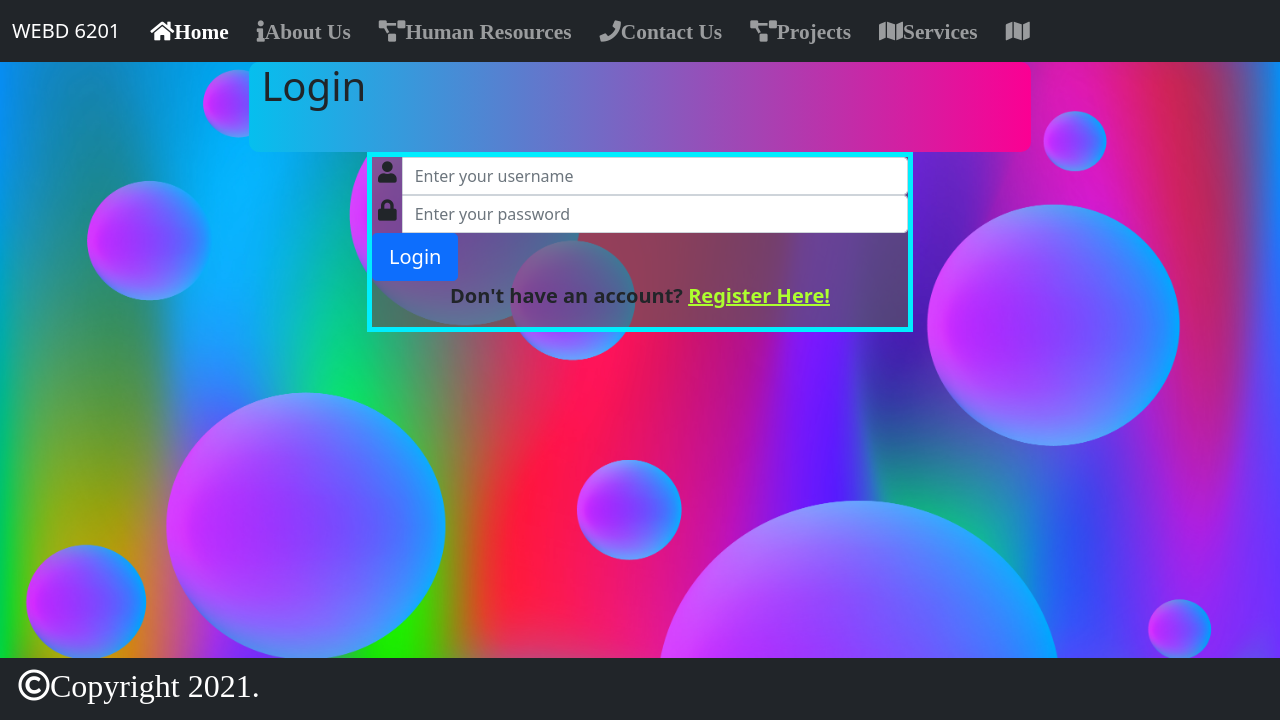
Repository: vans12345678/WEBD6201-W2021-Lab2
Page: login.html
The author's editor kept a copy of each file at every save. The page is drawn from the files as they stood at one save, then again after the next save.
The browser window is 1280 px wide. The pictures show the whole page.

Above is the page before, as saved 2021-02-24 19:08:26.

### login.html
<!DOCTYPE html>
<html lang="en">
<head>
    <meta charset="UTF-8">
    <meta name="viewport" content="width=device-width, initial-scale=1.0">
    <title>Login</title>
    <!-- CSS Section -->
    <link rel="stylesheet" href="./node_modules/bootstrap/dist/css/bootstrap.min.css">
    <link rel="stylesheet" href="./node_modules/@fortawesome/fontawesome-free/css/all.min.css">
    <link rel="stylesheet" href="./Content/app.css">
</head>
<body class ="Vapor">
    <!-- Main Header -->
    <header>
        <!-- Main Navigation -->
        <nav class="navbar navbar-expand-lg navbar-dark bg-dark">
            <div class="container-fluid">
                <a id ="navHome" class="navbar-brand" href="index.html"></a>
                <button class="navbar-toggler" type="button" data-bs-toggle="collapse" data-bs-target="#navbarSupportedContent" aria-controls="navbarSupportedContent" aria-expanded="false" aria-label="Toggle navigation">
                  <span class="navbar-toggler-icon"></span>
                </button>
                <div class="collapse navbar-collapse" id="navbarSupportedContent">
                  <ul id = "ulNav" class="navbar-nav me-auto mb-2 mb-lg-0">
                    <li class="nav-item">
                      <a  class="nav-link active" aria-current="page" href="index.html"><i id ="navIndex"class = "fas fa-home fa-lg"></i></a>
                    </li>
                    <li class="nav-item" id ="navAbout">
                      <a  class="nav-link " aria-current="page" href="about.html"><i id ="navAboutItem"class = "fas fa-info fa-lg"></i></a>
                    </li>
                    <li class="nav-item">
                      <a  class="nav-link " aria-current="page" href="contact.html"><i id ="navContact"class = "fas fa-phone fa-lg"></i></a>
                    </li>
                    <li class="nav-item">
                      <a  class="nav-link" aria-current="page" href="projects.html"><i id ="navProjects" class ="fas fa-project-diagram fa-lg">Products</i></a>
                    </li>
                    <li class="nav-item">
                      <a  class="nav-link " aria-current="page" href="services.html"><i id ="navServices"class = "fas fa-map fa-lg"></i></a>
                    </li>
                    <li class="nav-item">
                      <a  class="nav-link " aria-current="page" href="login.html"><i id ="navLogin"class = "fas fa-map fa-lg"></i></a>
                    </li>
                  </ul>
                </div>
              </div>
          </nav>
    </header>

    <!-- Main Content -->
    <main class="container" id="mainContent">
        <h1 class = "container">Login</h1>
      <div class="row">
          <div class="offset-md-3 col-md-6 col-sm-12">
                <div class="login" id="contentArea"></div>
                    <div id = "messageArea"></div>
                    <form class = "fromBackground" id="loginForm" novalidate>
                      <div class="form-group">
                        <div class="input-group">
                          <span class="input-group-addon">
                            <i class="fa fa-user fa-lg">
                            </i>
                          </span>
                          <input type="text" class="form-control" id="username" name="username"  required
                          value="" placeholder="Enter your username">
                        </div>
                      </div>
                      <div class="form-group">
                        <div class="input-group">
                          <span class="input-group-addon">
                            <i class="fa fa-lock fa-lg">
                            </i>
                          </span>
                          <input type="password" class="form-control" id="password" name="password"  required
                          value="" placeholder="Enter your password">
                        </div>
                      </div>
                      <div class="text-right">
                        <button id="submitButton" type="submit" class="btn btn-primary btn-lg">Login</button>
                      </div>
                      <p class="text-center fs-5 fw-bold">
                        Don't have an account?
                        <a href="register.html">Register Here!</a>
                    </p>
                    </form>
                </div>

          </div>
      </div>
  </main>

    <!-- Main Footer -->
    <footer>
        <nav class="navbar fixed-bottom navbar-dark bg-dark">
            <div class="container-fluid">
                <h4><i id = "footer" class="far fa-copyright fa-lg site-footer"></i></h4>
            </div>
          </nav>
    </footer>
    <!-- Script Section -->
    <script src="./node_modules/jquery/dist/jquery.min.js"></script>
    <script src="./node_modules/bootstrap/dist/js/bootstrap.bundle.min.js"></script>
    <script src="./Scripts/app.js"></script>
</body>
</html>

### Content/app.css
/* custom css goes here */
.Vapor {
    background-image: url('../images/vapor.jpg');
    background-repeat: no-repeat;
    background-attachment: fixed;
    background-size: 100% 100%;
  }
  a {
    color: greenyellow;
  }
  .textFont
  {
    font-family: Arial, Helvetica, sans-serif;
    line-height: 32px;
  }
  body
  {
    background-color: rgb(90, 90, 90);
  }
  h1.container{
    border-radius: 10px;
    width: 70%;
    height: 90px;
    margin: 0px auto;
    background: linear-gradient(90deg,#06bfee,#fb0093)
  }
  h1.projects{
    background-color: white;
  }
  .contact-table{
    width: 100%;
    margin:  50px auto;
    background-color: white;
  }
  .contact-form
  {
    width: 100%;
    margin:  100px auto;
  }
  .warnMessage
  {
    width: 90%;
    margin:  50px;
  }
  .site-footer {
    color:white;
  }
  .formMargin
  {
    margin: 35px 70px;
  }
  .fromBackground
  {
    background-color: #5a5a5aa1;
    border: 5px solid rgb(0, 238, 255);

  }
  i{
    margin:7px 6px;
  }

### Scripts/app.js
/************************************************************
 * Name: Andre Agrippa, Michai Pryce
 * Date: 01/20/2021
 * Description: This file adds functionality to the Home,
 * About Us, Human Resources, Contact Us, Projects and Services
 * pages.
 * Date Completed:
 */

"use strict";


(function(){

    /**
     * Display Nav bar function to display nav and footer
     */
    function DisplayNav()
    {
        let navTextElement = document.getElementById("navHome").textContent = "WEBD 6201";
        navTextElement = document.getElementById("navIndex").textContent = "Home";
        navTextElement = document.getElementById("navAboutItem").textContent = "About Us";

        let navAboutElement = document.getElementById("navAbout");
        let hrListItem = document.createElement("li");
        hrListItem.setAttribute("id", "liHumanResources");
        hrListItem.setAttribute("class", "nav-item");
        let navbar = document.getElementById("ulNav").appendChild(hrListItem);
        hrListItem.innerHTML = `<a class="nav-link" aria-current="page" href="human-resources.html">
        <i id ="navHumanResources" class ="fas fa-project-diagram fa-lg">Human Resources</i></a>`;
        if(document.title === "Human Resources"){
            hrListItem.innerHTML = `<a class="nav-link active" aria-current="page" href="human-resources.html">
            <i id ="navHumanResources" class ="fas fa-project-diagram fa-lg">Human Resources</i></a>`;
        }

        navAboutElement.after(hrListItem);

        navTextElement = document.getElementById("navContact").textContent = "Contact Us";
        navTextElement = document.getElementById("navProjects").textContent = "Projects";
        navTextElement = document.getElementById("navServices").textContent = "Services";
        navTextElement = document.getElementById("footer").textContent = "Copyright 2021.";
    }

    /**
     * Display home to display index page
     */
    function displayHome()
    {
        DisplayNav();
        let introText = "This is a simple site to demonstrate the about, contact, human resources, projects and services requirements for Lab 1 WEBD 6201 - Client Side Scripting";
        let titleText = "Welcome to WEBD 6201";

        let introTextElement = document.getElementById("indexTitle").textContent = titleText;
        introTextElement = document.getElementById("indexParagraph").textContent = introText;

    }
    /**
     * Display about to display about the creators
     */
    function displayAbout()
    {
        DisplayNav();

        //About Andre
        let aboutElement = document.getElementById("aboutTitle").textContent = "About Us";
        aboutElement = document.getElementById("aboutAText");
        aboutElement.innerHTML = `<h1>Andre Agrippa:</h1>
        <p class = "">I'm a 2nd year student at Durham College in the Computer Programming and Analysis program. I've been
        coding for several years now because I enjoy it and always looking to improve in this aspect.</p>
        <a class = "fa-lg" href="./resumes/andre_resume.pdf" download>Resume Download</a></br></br>
        <img src="./images/aa.jpg" alt="" style="width:500px;height:450px;">`;

        //About Michai
        aboutElement.innerHTML += `<h1>Michai Pryce:</h1>
        <p class = ""> Hello, I am in my final year in the Computer Programming Program at Durham College. I love
        to code and learn about the evergrowing advancements in technology. This is the demonstration for our first lab!
        </p>
        <a class = "fa-lg" href="./resumes/Copy_of_Resume.docx" download>Resume Download</a></br></br>
        <img src="./images/m.jpg" alt="" style="width:500px;height:450px;">`;

    }
    /**
     * Display top 3 projects page
     */
    function displayProjects()
    {
        DisplayNav();

        //Projects 1
        let projectsElement = document.getElementById("projectsTitle").textContent = "Projects";
        projectsElement = document.getElementById("projectsText").innerHTML =
        `<h3>Project One: COBOL Item List</h3>
        <p>This project reads records from a .dat file, performs calculations on the data then outputs it to a .out file neatly formatted.</p>
        <img src="./images/p1.png" alt="" style="width:800px;height:500px;">`;

        //Projects 2
        projectsElement = document.getElementById("projectsText").innerHTML +=
        `<h3>Project Two: C#, XAML, MDF  Preferred Shares and Common Shares</h3>
        <p>This project uses XAML for the windows form and a database to keep track of common and preferred shares.
        The database keeps track of how many shares(common/preferred) are  available and validation is applied.</p>
        <img src="./images/p2.png" alt="" style="width:800px;height:500px;">`;

        //Projects 3
        projectsElement = document.getElementById("projectsText").innerHTML +=
        `<h3>Project Three: ASP.NET and MVC Framework Animal Shelter</h3>
        <p>This project is a web application that keeps track of animals, owners, appointment and login info in a database.
        Relational database concepts are applied.</p>
        <img src="./images/p3.png" alt="" style="width:800px;height:500px;">`;

    }
    /**
     * Display top 3 services page
     */
    function displayServices()
    {
        DisplayNav();

        //Services 1
        let servicesElement = document.getElementById("servicesTitle").textContent = "Services";
        servicesElement = document.getElementById("servicesText").innerHTML =
        `<h3>Web Development:</h3>
        <p>We offer a variety of different web development (Front-end, Back-end, Databases). Languages (PHP, ASP.NET, JavaScript)</p>
        <img src="./images/s1.jpg" alt="" style="width:800px;height:500px;">`;

        //Services 2
        servicesElement = document.getElementById("servicesText").innerHTML +=
        `<h3>OOP Programming</h3>
        <p>We offer a variety of different Object Oriented Programming. We're experienced with C#, C++, Java etc.
        Whether it be windows forms applications, console applications GUI, etc.</p>
        <img src="./images/s2.png" alt="" style="width:800px;height:500px;">`;

        //Services 3
        servicesElement = document.getElementById("servicesText").innerHTML +=
        `<h3>Database Management System</h3>
        <p>It's been almost 3 years since we've had experience in database development. We've used software such as
        Microsoft SQL Server and PgAdmin4. Experienced with relational database concepts.</p>
        <img src="./images/s3.jpg" alt="" style="width:800px;height:500px;">`;


    }
    /**
     * Display contact form page
     */
    function displayContact()
    {
        DisplayNav();

        let messageArea = document.getElementById("messageArea");
        messageArea.hidden = true;

        //form validation
        let fullName = document.getElementById("fullName");
        fullName.addEventListener("blur", function()
        {
            if(fullName.value.length < 2)
            {
                fullName.focus();
                fullName.select();
                messageArea.hidden = false;
                messageArea.className = "alert alert-danger  ";
                messageArea.textContent = "Please enter an appropriate name > 2 characters";
            }
            else
            {
                messageArea.removeAttribute("class");
                messageArea.hidden = true;
            }
        });
            let sendButton = document.getElementById("sendButton");
            sendButton.addEventListener("click", function(event)
            {
                event.preventDefault();
                // //Displays twice?

                let contact = new Contact(fullName.value,contactNumber.value, emailAddress.value, shortMessage.value);

                console.log(contact.serialize());
                if(contact.serialize())
                {
                    localStorage.setItem((localStorage.length + 1).toString(),contact.serialize());

                    window.location.href = "index.html";
                }

            });

    }
    /**
     * Human resources page
     */
    function displayHumanResources()
    {
        DisplayNav();
    }
    function displayLogin()
    {
        DisplayNav();
    }
    function displayRegister()
    {
        DisplayNav();
    }

    /**
     * Start function, depending on document title will load specific page
     */
    function Start()
    {
        console.log("App Started...");

        //Based of title of html
        switch(document.title)
        {
            case "Index":
                displayHome();
                break;
            case "About Us":
                displayAbout();
                break;
            case "Projects":
                displayProjects();
                break;
            case "Services":
                displayServices();
                break;
            case "Contact Us":
                displayContact();
                break;
            case "Contact-List":
                displayContactList();
                break;
            case "Human Resources":
                displayHumanResources();
                break;
            case "Login":
                displayLogin();
                break;
            case "Register":
                displayRegister();
                break;
        }


    }

    window.addEventListener("load", Start);

})();

Loaded but not shown: node_modules/bootstrap/dist/css/bootstrap.min.css (library); node_modules/@fortawesome/fontawesome-free/css/all.min.css (library); node_modules/jquery/dist/jquery.min.js (library); node_modules/bootstrap/dist/js/bootstrap.bundle.min.js (library)

After the next save:
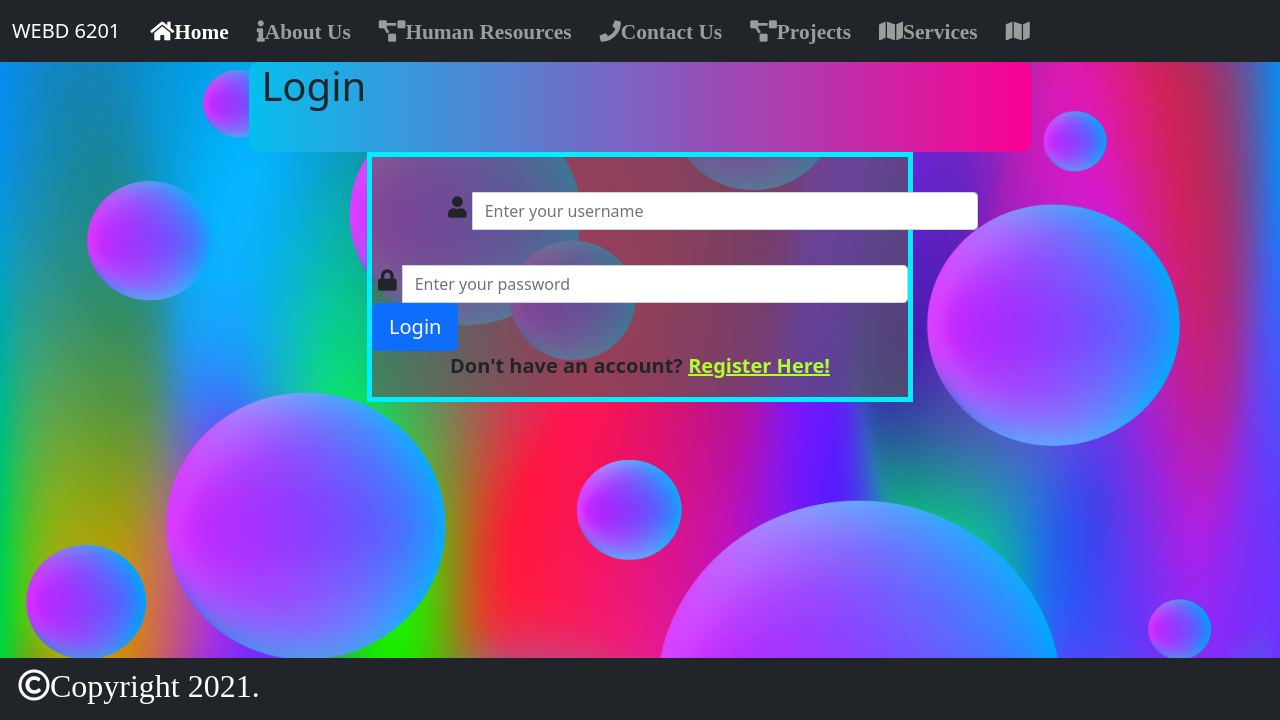
Saved 27 min 26 s later.
--- a/login.html
+++ b/login.html
@@ -54,12 +54,12 @@
                     <div id = "messageArea"></div>
                     <form class = "fromBackground" id="loginForm" novalidate>
                       <div class="form-group">
-                        <div class="input-group">
+                        <div class="input-group formMargin">
                           <span class="input-group-addon">
                             <i class="fa fa-user fa-lg">
                             </i>
                           </span>
-                          <input type="text" class="form-control" id="username" name="username"  required
+                          <input type="text" class="form-control input" id="username" name="username"  required
                           value="" placeholder="Enter your username">
                         </div>
                       </div>

After the save that followed:
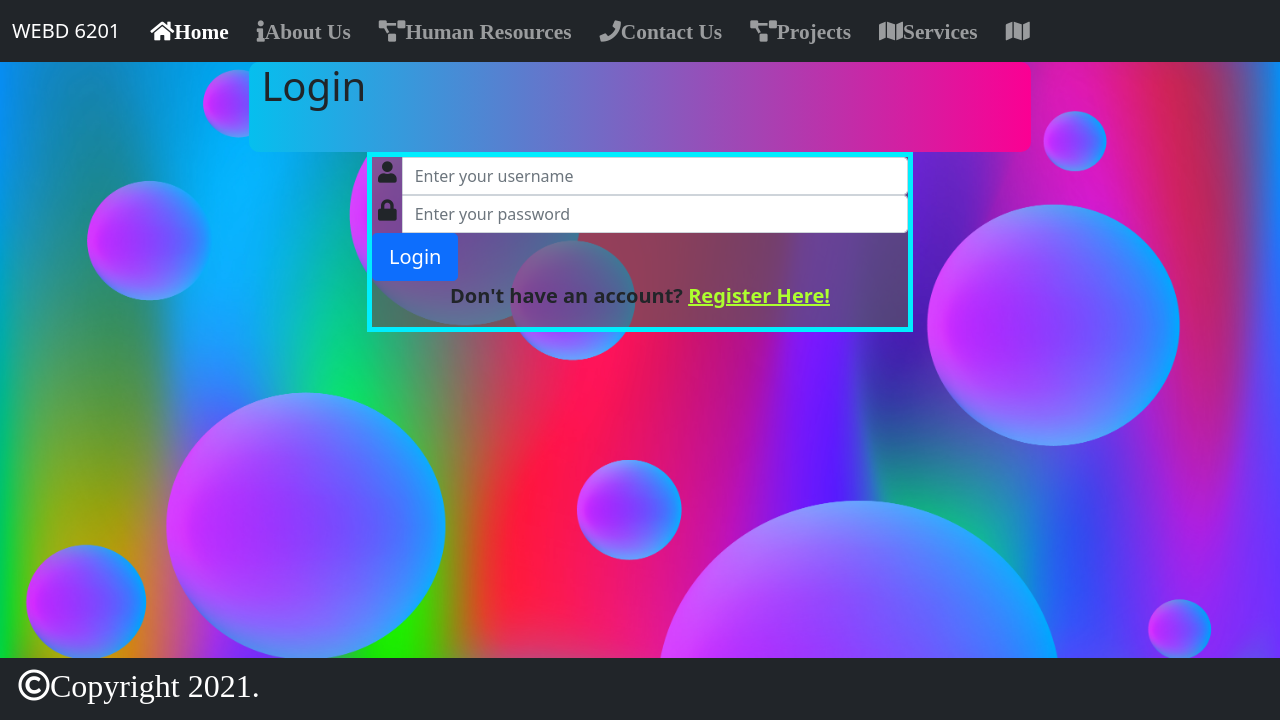
Saved 5 s later.
--- a/login.html
+++ b/login.html
@@ -54,7 +54,7 @@
                     <div id = "messageArea"></div>
                     <form class = "fromBackground" id="loginForm" novalidate>
                       <div class="form-group">
-                        <div class="input-group formMargin">
+                        <div class="input-group ">
                           <span class="input-group-addon">
                             <i class="fa fa-user fa-lg">
                             </i>
